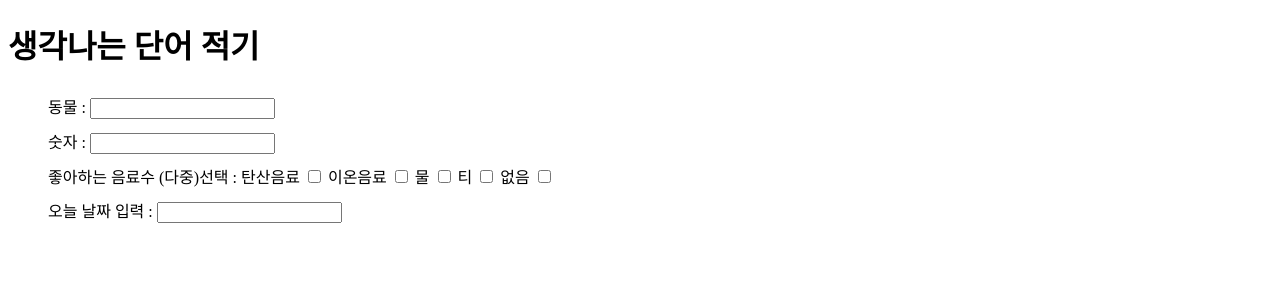
Repository: ham-zi/front-practice
Page: dynamic-workspace/MyFirstWebProject/src/main/webapp/views/request_get2.html
These files come from the project's save history. The page is drawn as it stood at one moment and after the next save; the edit follows.
The browser window is 1280 px wide. The pictures show the whole page.

Above is the page before, as saved 2026-05-04 08:21:10.

After the next save:
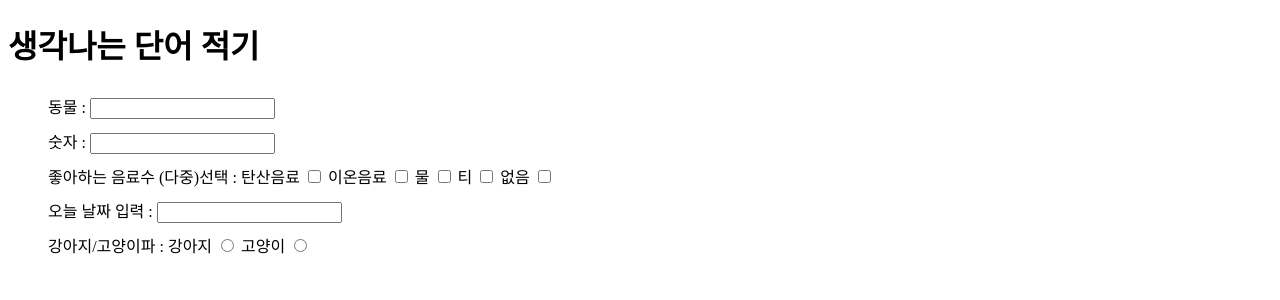
Saved 2 min 24 s later.
--- a/dynamic-workspace/MyFirstWebProject/src/main/webapp/views/request_get2.html
+++ b/dynamic-workspace/MyFirstWebProject/src/main/webapp/views/request_get2.html
@@ -25,9 +25,11 @@
 			<li>
 				동물 : <input type="text" name="animal"/>
 			</li>
+
 			<li>
 				숫자 : <input type="number" name="number"/>
 			</li>
+
 			<li>
 				좋아하는 음료수 (다중)선택 :
 				탄산음료 <input type="checkbox" name="drink" value="탄산음료"/>
@@ -36,11 +38,18 @@
 				티     <input type="checkbox" name="drink" value="티"/>
 				없음    <input type="checkbox" name="drink" value="없음"/>
 			</li>
+
 			<li>
 				오늘 날짜 입력 : <input type="text" name="date"/>
 			</li>
+
 			<li>
+				강아지/고양이파 :
+				강아지 <input : type="radio" name="catdog" value="강아지"/>
+				고양이 <input : type="radio" name="catdog" value="고양이"/>
+
 			</li>
+
 			<li></li>
 			<li></li>
 			<li></li>
